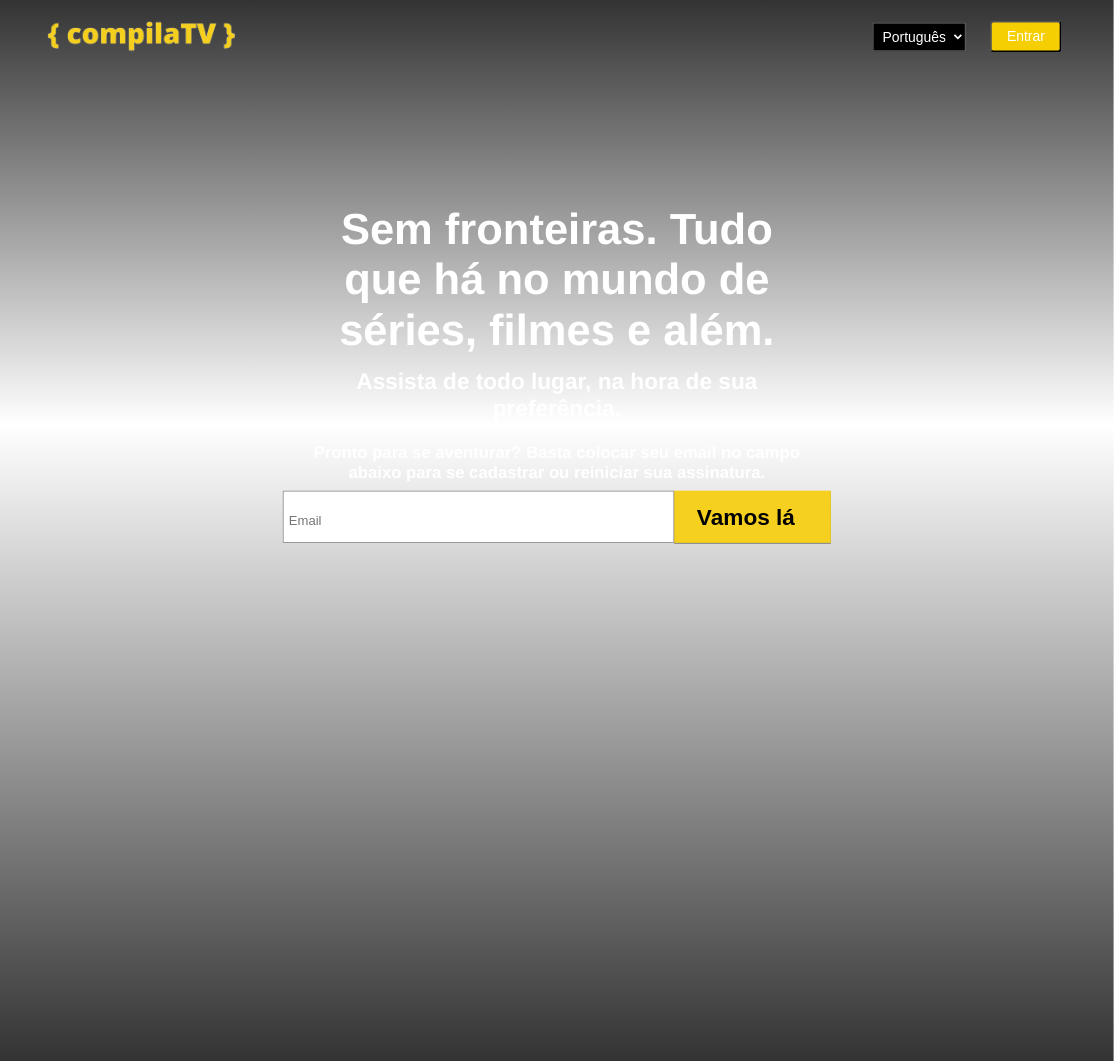
Repository: Wo1verine45/tcclets
Page: /
The author's editor kept a copy of each file at every save. The page is drawn from the files as they stood at one save, then again after the next save.
The browser window is 1280 px wide. The pictures show the whole page, at 87% of full size.
The project was rebuilt for these pictures with package versions that can differ from the ones it lists, and the page was loaded fresh each time. Also part of the build but not shown: src/components/Input/index.js, src/pages/Login/Login.js.

Above is the page before, as saved 2021-10-22 19:43:47.

### public/index.html
<!DOCTYPE html>
<html lang="en">

<head>
  <meta charset="utf-8" />
  <link rel="icon" href="%PUBLIC_URL%/favicon.ico" />
  <meta name="viewport" content="width=device-width, initial-scale=1" />
  <meta name="theme-color" content="#000000" />
  <meta name="description" content="Web site created using create-react-app" />
  <link rel="stylesheet" href="https://cdnjs.cloudflare.com/ajax/libs/font-awesome/6.0.0-beta2/css/all.min.css">
  <link rel="text/css" href="https://codex.nflxext.com/%5E3.0.0/truthBundle/webui/1.22.5-shakti-css-vfb243f62/css/css/less%7Ccore%7Cerror-page.less/1/btzvF4DuBgayCE/none/true/none">
  <title>LETSFLIX</title>
</head>

<body>
  <noscript>You need to enable JavaScript to run this app.</noscript>
  <div id="root"></div>
</body>

</html>

### src/App.js
import React, { useState } from 'react';
import './App.css'
import { TranslateContext } from './contexts';
import { translateHelper } from './helpers/translate';
import { BrowserRouter as Router } from 'react-router-dom'
import Routes from './routes/routes';

function App () {

  const [language, setLanguage] = useState('portuguese')

  function translate(textId) {
    return translateHelper(textId, language)
  }

  return (
    <div className="page">
      <Router>
        <TranslateContext.Provider value={{language, setLanguage, translate}}>
          <Routes />
        </TranslateContext.Provider>
      </Router>
    </div>
  )
}


/*
commit1: adicionei o Title component, que recebe children e diferentes tamanhos como props, para múltiplos usos ao longo do projeto, primeiro
componente da pasta homeScreen que já padronizei o seu css. Também adicionei o App.css para mudar o background-color do site. (Pedro)
-----
commit2: adicionei o Button component, que recebe children e dois diferentes tamanhos, segundo componente da pasta homeScreen que já padronizei o
seu css. (Pedro)
-----
commit3: adicionei o DropdownMenu component, que recebe id que vai ser usado como id e name, recebe o initialValue que é o valor padrão, recebe
options que é uma lista com objetos dentro, cada objeto tem label e value que são o children e o valor respectivamente, por último recebe o
setLanguage, a função pra mudar o estado. Para adicionar mais línguas é só adicionar mais objetos na lista options. Junto com esse component que
usei para o cliente selecionar a língua, tem a função translate que serve para traduzir cada parte do site, que tem que adicionar a tradução para
cada coisa nova colocada no site
*/

{/*
  const [movieList, setMovieList] = useState([]);

  useEffect (() => {
    const LoadList = async () => {
      //Pegando toda a lista
      let list = await InfoBase.getHomeList();
      setMovieList(list);
    }

    LoadList();
  }, [])
  */}

{//<section className="lists">
        //{/*O Map ira iterar sobre a lista, criando um loop e fazendo sempre que houver informações*/}
        //{movieList.map((item, key) => (

          /* O Componente Movie ira receber duas props, o title, e o items, que e a requisição com o await*/
          //<Movies key={key} title={item.title} items={item.items}/>
        //))}
      //</section>
      //<Header />
      //<footer>
        //Aqui vai as informações referente ao projeto
      //</footer>
    //</div>
  //);
}
{/*<DropdownMenu id='language' initialValue={language} options={[
        {
          label: 'Português',
          value: 'portuguese'
        },
        {
          label: 'English',
          value: 'english'
        }
      ]} setLanguage={setLanguage}/>
      <Title size={1}>{translate('welcome_message')}</Title>
    </div>
    )*/}
{/*
    <Input size={1} type='email' id='email' placeholder='Email'/>
    <Input size={2} type='text' id='name' placeholder='Name'/>
    <Input size={3} type='password' id='password' placeholder='Password'/>
    <Button onClick={null} size={1}>Vamos lá</Button>
    */}

export default App;

### src/App.css
@import url('https://fonts.googleapis.com/css2?family=Roboto:wght@400;700&display=swap');
* {
    margin: 0;
    box-sizing: border-box;
}

body {

    color: #fff;
    font-family:'Roboto', sans-serif;
}



.Head{
    display: flex;
    flex-direction: row-reverse;
    width: 100%;
    align-items: center;
    margin-right: 60px;
    margin-top: 20px;
    margin-bottom: 20px;
}

.Logo{
    margin-top: 20px;
    margin-bottom: 20px;
}

### src/contexts/index.js
import { createContext } from "react";

export const TranslateContext = createContext()

### src/helpers/translate.js
export function translateHelper(textId, language) {
  if (language === 'english') {
    if (textId === 'welcome_message') {
      return 'Welcome'
    } else if (textId === 'sign_in') {
      return 'Sign In'
    } else if (textId === 'main_title') {
      return 'Borderless. Everything in the world of series, movies and beyond.'
    } else if (textId === 'subtitle') {
      return 'Watch it from anywhere, at the time of your choice.'
    } else if (textId === 'signin_label') {
      return 'Ready to venture out? Just enter your email in the field below to register or reset your subscription.'
    } else if (textId === 'signup-bottom') {
      return 'Get Started'
    } else if (textId === 'login-input') {
      return 'Email or phone number'
    } else if (textId === 'password') {
      return 'Password'
    } else if (textId === 'show') {
      return 'Show'
    } else if (textId === 'hide') {
      return 'Hide'
    } else if (textId === 'first_time') {
      return 'First time here?'
    } else if (textId === 'sigmudn_freud') {
      return 'Register now'
    }
  } else if (language === 'portuguese') {
    if (textId === 'welcome_message') {
      return 'Bem-Vindo'
    } else if (textId === 'sign_in') {
      return 'Entrar'
    } else if (textId === 'main_title') {
      return 'Sem fronteiras. Tudo que há no mundo de séries, filmes e além.'
    } else if (textId === 'subtitle') {
      return 'Assista de todo lugar, na hora de sua preferência.'
    } else if (textId === 'signin_label') {
      return 'Pronto para se aventurar? Basta colocar seu email no campo abaixo para se cadastrar ou reiniciar sua assinatura.'
    } else if (textId === 'signup-bottom') {
      return 'Vamos lá'
    } else if (textId === 'login-input') {
      return 'Email ou número de telefone'
    } else if (textId === 'password') {
      return 'Senha'
    } else if (textId === 'show') {
      return 'Mostrar'
    } else if (textId === 'hide') {
      return 'Ocultar'
    } else if (textId === 'first_time') {
      return 'Primeira vez aqui?'
    } else if (textId === 'sigmudn_freud') {
      return 'Cadastra-se agora'
    }
  }
}

### src/routes/routes.js
import { Route, Switch } from 'react-router-dom'
import HomeScreen from '../pages/Main/homeScreen'
import Login from '../pages/Login/Login'


function Routes () {
    return (
        <Switch>
            <Route path='/'>
            <HomeScreen />
            </Route>
            <Route path='/Login' exact>
                <Login />
            </Route>
        </Switch>
    )
}

export default Routes;

### src/pages/Main/homeScreen.js
import { useContext } from "react"
import { Button } from "../../components/Button"
import { DropdownMenu } from "../../components/DropdownMenu"
import { Title } from '../../components/Title'
import { TranslateContext } from "../../contexts"
import { Registration } from "../../components/Registration/Registration"
import logo from '../../assets/logo.png'
import { Link } from 'react-router-dom'
import './homescreen.css';


function HomeScreen() {

  const { language, setLanguage, translate } = useContext(TranslateContext)

    return (
      <div className='HomeScreen'>
        <header className='HomeScreenHeader'>
          <div className='Logo'>
            <img src={logo} alt='logo'/>
          </div>
          <div className='Head'>
            <Link to='/login'>
              <Button onClick={null} size={2}>{translate('sign_in')}</Button>
            </Link>
            <DropdownMenu id='language'
            initialValue={language}
            options={
              [
            {
              label: 'Português',
              value: 'portuguese'
            },
            {
              label: 'English',
              value: 'english'
            }
              ]
            }
            onSelect={setLanguage}/>
          </div>
        </header>
        <main className='HomeScreenMain'>
          <Title size={1}>{translate('main_title')}</Title>
          <Title size={2}>{translate('subtitle')}</Title>
          <Title size={3}>{translate('signin_label')}</Title>
          <Registration />
          <div class="bg-img" src="https://wallpapercave.com/wp/wp3327517.jpg"></div>
        </main>

      </div>
  )
}

export default HomeScreen;

### src/components/DropdownMenu/index.js
export { DropdownMenu } from './DropdownMenu'

### src/components/Title/index.js
export { Title } from './Title'

### src/components/Registration/Registration.js
import { Input } from "../Input/Input";
import { Button } from "../Button/Button";
import './Registration.css'
import { useContext } from "react";
import { TranslateContext } from "../../contexts";

export function Registration() {

    const { translate } = useContext(TranslateContext)

    function handleOnSubmit(evt) {
        evt.preventDefault()

        console.log('Formulário enviado com sucesso!')
        console.log('Email:', evt.target.value)
    }

    return (
        <form className='Registration-form' onSubmit={handleOnSubmit}>
            <Input size={1} type='email' id='email' placeholder='Email'/>
            <Button onClick={null} size={1} type='submit'>{translate('signup-bottom')}</Button>
        </form>
    )
}

### src/pages/Main/homescreen.css

.HomeScreen{
    background: url(https://wallpapercave.com/wp/wp3327517.jpg) no-repeat;
    height: 1220px;
    padding: 0;
    margin: 0;
    background-size: 100%;
    background-image: linear-gradient(to top,rgba(0,0,0,.8) 0,rgba(0,0,0,0) 60%,rgba(0,0,0,.8) 100%);

}


.HomeScreenHeader{
    display: flex;
    width: 100%;
}

.HomeScreenMain{
    display: flex;
    flex-direction: column;
    align-items: center;
    text-align: center;
    margin-right: 350px;
    margin-left: 350px;
    margin-top: 150px;
}

.Login-box{
    margin-top: 40px;
    margin-left: 525px;
    margin-right: 546px;
    padding: 0px;
    background-color: #141414;
}

.show_button{
    /*cima, direita, baixo, esquerda*/
    margin: 0px 0px 25px 66px;
    cursor: pointer;
}

.first_time{
    margin-left: 66px;
    padding-bottom: 100px;
}

mark{
    background-color: #141414;
    color: blue;
}

### src/components/Button/Button.js
import './Button.css'

export function Button ({ children, onClick, size, type }) {
    if (size === 1) {
        return (
            <button className='Button-button-1' onClick={onClick} type={type}>{children}</button>
        )
    } else if (size === 2) {
        return (
            <button className='Button-button-2' onClick={onClick} type={type}>{children}</button>
        )
    } else {
        return (
            <button className='Button-button-3' onClick={onClick} type={type}>{children}</button>
        )
    }
}

### src/components/DropdownMenu/DropdownMenu.js
import './DropdownMenu.css'

export function DropdownMenu({ id, initialValue, options, onSelect }) {

    function handleOnSelect(evt) {
        onSelect(evt.target.value)
    }

    return(
        <form className='DropdownMenu-form'>
            <select className='DropdownMenu-dropdownmenu' id={id} name={id} value={initialValue} onChange={handleOnSelect}>
                {options.map(
                    (option) => <option value={option.value}>{option.label}</option>
                )}
            </select>
        </form>
    )
}

### src/components/Title/Title.js
import './Title.css'

export function Title ({ size, children }) {
 if (size === 1) {
   return (
     <h1 className='Title-title-1'>{children}</h1>
   )
 } else if (size === 2) {
    return (
      <h2 className='Title-title-2'>{children}</h2>
    )
  } else if (size === 3) {
      return (
        <h3 className='Title-title-3'>{children}</h3>
      )
    } else {
        return (
          <h4 className='Title-title-4'>{children}</h4>
        )
      }
}

### src/components/Input/Input.js
import { useState } from "react"
import './Input.css'

export function Input({ size, type, id, placeholder }) {

    const [value, setValue] = useState('')

    function handleOnChange(evt) {
        setValue(evt.target.value)
    }

   if (size === 1) {
       return (
           <input className='Input-input-1' type={type} id={id} name={id} placeholder={placeholder} value={value} onChange={handleOnChange}/>
       )
   } else if (size === 2) {
        return (
            <input className='Input-input-2' type={type} id={id} name={id} placeholder={placeholder} value={value} onChange={handleOnChange}/>
        )
   } else {
        return (
            <input className='Input-input-3' type={type} id={id} name={id} placeholder={placeholder} value={value} onChange={handleOnChange}/>
        )
   }
}

### src/components/Registration/Registration.css
.Registration-form{
    display: flex;
}

### src/components/Button/Button.css
.Button-button-1 {
    align-items: center;
    width: 180px;
    display: inline-flex;
    flex-direction: row;
    font-size: 1.625rem;
    font-weight: 600;
    padding: 0 1em;
    background: rgb(245, 208, 31) none repeat scroll 0% 0% !important;
    box-shadow: 0 1px 0 rgba(0,0,0,.45);
    color: rgb(0, 0, 0) !important;;
    min-height: 60px;
    line-height: initial;
    border: none;
    cursor: pointer;
    font-family: Arial, Helvetica, sans-serif;
}

.Button-button-2 {
    font-size: 16px;
    padding: 7px 17px;
    border-radius: 4px;
    background-color: rgb(246, 207, 2);
    color: white;
    cursor: pointer;
    font-family: Arial, Helvetica, sans-serif;
}

.Button-button-1:hover {
    background-color: rgb(246, 207, 102);
}

.Button-button-3 {
    font-size: 16px;
    width: 310px;
    padding: 16px;
    margin-left: 66px;
    border-radius: 4px;
    background-color: rgb(246, 207, 2);
    color: white;
    cursor: pointer;
    font-family: Arial, Helvetica, sans-serif;
}

### src/components/DropdownMenu/DropdownMenu.css
.DropdownMenu-form{
    margin-right: 28px;
}

.DropdownMenu-dropdownmenu{
    background-color: black;
    color: white;
    font-size: 16px;
    padding: 6px;
}

### src/components/Title/Title.css
.Title-title-1{
    padding: 0;
    margin: 0;
    font-family: 'Netflix Sans','Helvetica Neue',Helvetica,Arial,sans-serif;
    font-size: 50px;
    color: white;
    margin-bottom: 15px;
}

.Title-title-2{
    padding: 0;
    margin: 0;
    font-family: 'Netflix Sans','Helvetica Neue',Helvetica,Arial,sans-serif;
    font-size: 26px;
    color: white;
    margin-bottom: 25px;
}

.Title-title-3{
    padding: 0;
    margin: 0;
    font-family: 'Netflix Sans','Helvetica Neue',Helvetica,Arial,sans-serif;
    font-size: 19.2px;
    color: white;
    margin-bottom: 10px;
}

.Title-title-4{
    margin: 0;
    font-family: 'Netflix Sans','Helvetica Neue',Helvetica,Arial,sans-serif;
    color: white;
    font-size: 32px;
    /*cima, direita, baixo, esquerda*/
    padding: 66px 66px 28px 66px;
}

### src/components/Input/Input.css
.Input-input-1{
    /*cima, direita, baixo, esquerda*/
    padding: 26px 10px 20px 6px;
    min-width: 450px;
    height: 60px !important;
    font-size: 15px;
    border: solid 1px #8c8c8c
}

.Input-input-2{
    /*cima, direita, baixo, esquerda*/
    padding: 12px 10px;
    margin-left: 66px;
    margin-bottom: 15px;
    width: 310px;
    font-size: 15px;
    border-radius: 4px;
    background-color: #141414;
}

Loaded but not shown: src/index.js (common file); src/components/Button/index.js (common file)

After the next save:
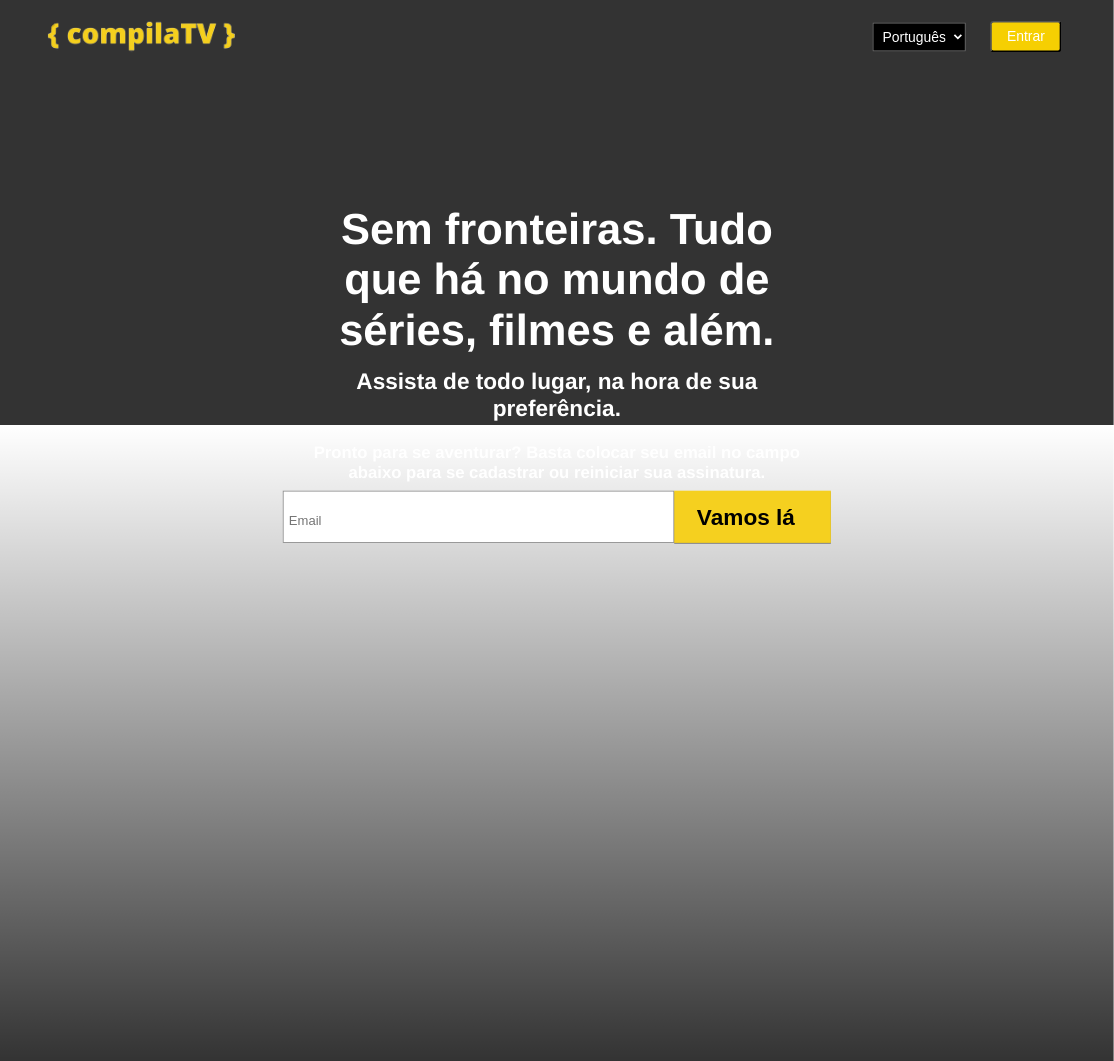
Saved 26 s later.
--- a/src/pages/Main/homescreen.css
+++ b/src/pages/Main/homescreen.css
@@ -5,7 +5,7 @@
     padding: 0;
     margin: 0;
     background-size: 100%;
-    background-image: linear-gradient(to top,rgba(0,0,0,.8) 0,rgba(0,0,0,0) 60%,rgba(0,0,0,.8) 100%);
+    background-image: linear-gradient(to top,rgba(0,0,0,.8) 0,rgba(0,0,0,0) 60%,rgba(0,0,0,.8) 10%);
 
 }
 
